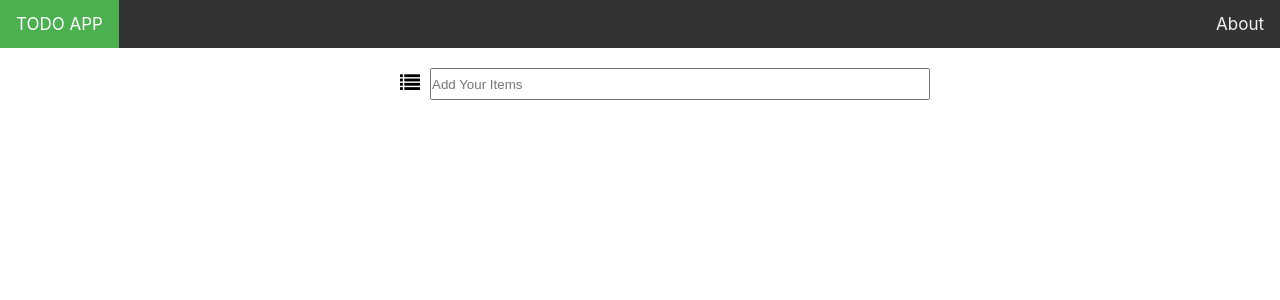
Repository: hoangphuong965/myTodoList
Page: /
The author's editor kept a copy of each file at every save. The page is drawn from the files as they stood at one save, then again after the next save.
The browser window is 1280 px wide. The pictures show the whole page.
The project was rebuilt for these pictures with package versions that can differ from the ones it lists, and the page was loaded fresh each time.

Above is the page before, as saved 2020-06-01 09:45:40.

### public/index.html
<!DOCTYPE html>
<html lang="en">
  <head>
    <meta charset="utf-8" />
    <link rel="icon" href="%PUBLIC_URL%/favicon.ico" />
    <meta name="viewport" content="width=device-width, initial-scale=1" />
    <meta name="theme-color" content="#000000" />
    <meta
      name="description"
      content="Web site created using create-react-app"
    />
    <link rel="apple-touch-icon" href="%PUBLIC_URL%/logo192.png" />
    <!--
      manifest.json provides metadata used when your web app is installed on a
      user's mobile device or desktop. See https://developers.google.com/web/fundamentals/web-app-manifest/
    -->
    <link rel="manifest" href="%PUBLIC_URL%/manifest.json" />
    <!--
      Notice the use of %PUBLIC_URL% in the tags above.
      It will be replaced with the URL of the `public` folder during the build.
      Only files inside the `public` folder can be referenced from the HTML.

      Unlike "/favicon.ico" or "favicon.ico", "%PUBLIC_URL%/favicon.ico" will
      work correctly both with client-side routing and a non-root public URL.
      Learn how to configure a non-root public URL by running `npm run build`.
    -->
    <title>React App</title>
    <link rel="stylesheet" href="https://maxcdn.bootstrapcdn.com/font-awesome/4.7.0/css/font-awesome.min.css">
  </head>
  <body>
    <noscript>You need to enable JavaScript to run this app.</noscript>
    <div id="root"></div>
    <!--
      This HTML file is a template.
      If you open it directly in the browser, you will see an empty page.

      You can add webfonts, meta tags, or analytics to this file.
      The build step will place the bundled scripts into the <body> tag.

      To begin the development, run `npm start` or `yarn start`.
      To create a production bundle, use `npm run build` or `yarn build`.
    -->
  </body>
</html>

### src/App.js
import React, { Component } from "react";
import Navbar from "./components/Navbar/Navbar";
import TodoInput from "./components/TodoInput";
import "./components/todo.css";

export default class App extends Component {
  render() {
    return (
      <div>
        <Navbar />
        <div className="container">
          <TodoInput />
        </div>
      </div>
    );
  }
}

### src/components/Navbar/Navbar.js
import React, { Component } from "react";
import "./navbar.css";

export default class Navbar extends Component {
  render() {
    return (
      <div className="topnav">
        <a className="active" href="#home">
          TODO APP
        </a>
        <a href="#about">About</a>
      </div>
    );
  }
}

### src/components/TodoInput.js
import React, { Component } from "react";

export default class TodoInput extends Component {
  render() {
    return (
      <div className="input">
        <form className="form">
          <span>
            <i className="fa fa-list icon" aria-hidden="true"></i>
          </span>
          <span>
            <input type="text" className="input" placeholder="Add Your Items" />
          </span>
        </form>
      </div>
    );
  }
}

### src/components/todo.css
*{
    margin: 0;
    padding: 0;
    box-sizing: border-box;
}

.container{
    margin: 0 auto;
    width: 500px;
}

.input{
    width: 500px;
    height: 2rem;
    margin: 10px;
}

.form{
    display: flex;
}

.icon{
    margin: 15px 0px ;
    font-size: 20px;
}

### src/components/Navbar/navbar.css
/* Add a black background color to the top navigation */
.topnav {
    background-color: #333;
    overflow: hidden;
    display: flex;
    justify-content: space-between;
  }

  /* Style the links inside the navigation bar */
  .topnav a {
    color: #f2f2f2;
    text-align: center;
    padding: 14px 16px;
    text-decoration: none;
    font-size: 17px;
    transition: all 0.3s linear;
  }

  /* Change the color of links on hover */
  .topnav a:hover {
    background-color: #ddd;
    color: black;
  }

  /* Add a color to the active/current link */
  .topnav a.active {
    background-color: #4CAF50;
    color: white;
  }

Loaded but not shown: src/index.js (common file); src/index.css (common file); src/serviceWorker.js (common file)

After the next save:
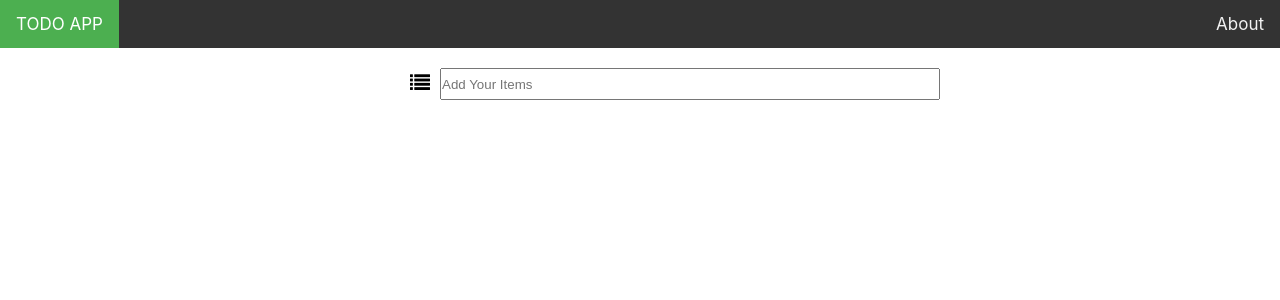
Saved 15 s later.
--- a/src/components/todo.css
+++ b/src/components/todo.css
@@ -20,6 +20,6 @@
 }
 
 .icon{
-    margin: 15px 0px ;
+    margin: 15px 0px 10px 10px;
     font-size: 20px;
 }
